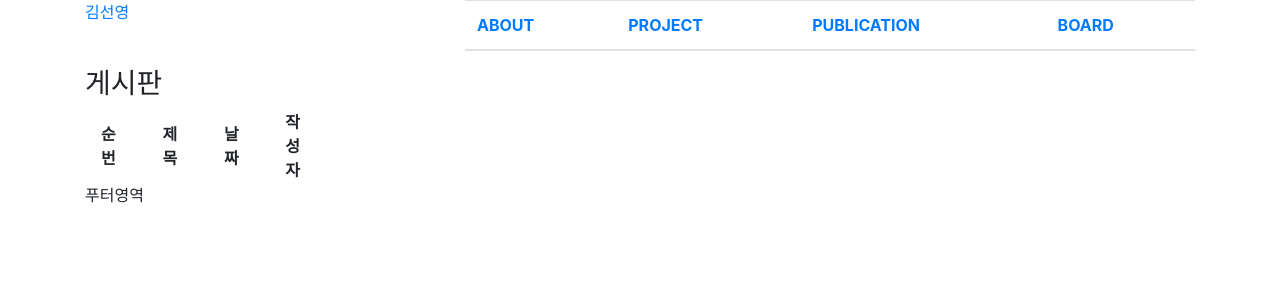
Repository: supremest35/web-projects
Page: http://localhost/noticeboard/board/list.jsp?pno=1
These files come from the project's save history. The page is drawn as it stood at one moment and after the next save; the edit follows.
The browser window is 1280 px wide. The pictures show the whole page.
The page is served by Tomcat 9.

Above is the page before, as saved 2020-12-06 03:32:21.

After the next save:
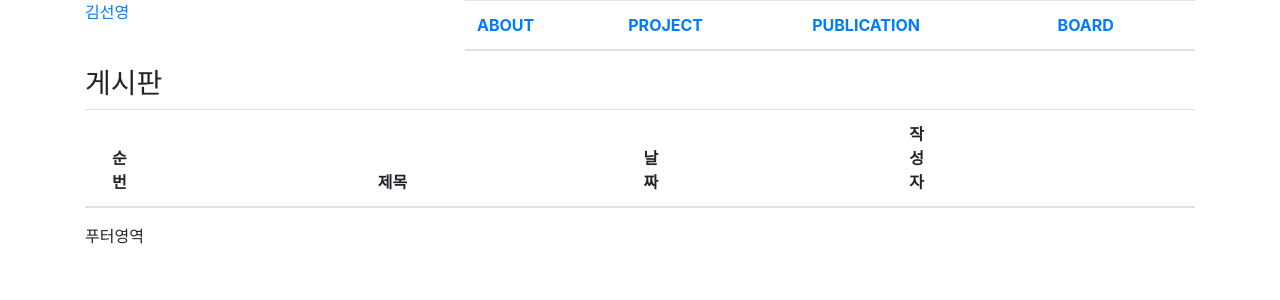
Saved 37 s later.
--- a/noticeboard/WebContent/board/list.jsp
+++ b/noticeboard/WebContent/board/list.jsp
@@ -32,7 +32,7 @@
 	<div class="row">
 		<div class="col-12"><h3>게시판</h3></div>
 		<div class="col-12">
-			<table>
+			<table class="table">
 				<thead>
 					<tr>
 						<th><div class="col-2">순번</div></th>
